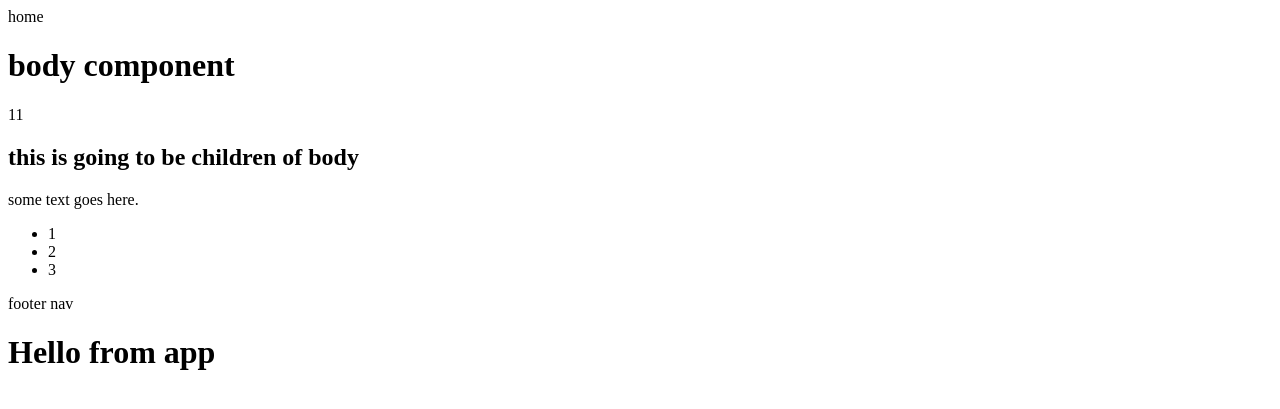
Repository: 1sanjeetsharma/cult-fit-clone
Page: /
These files come from the project's save history. The page is drawn as it stood at one moment and after the next save; the edit follows.
The browser window is 1280 px wide. The pictures show the whole page.
The project was rebuilt for these pictures with package versions that can differ from the ones it lists, and the page was loaded fresh each time. Also part of the build but not shown: vite.config.js.

Above is the page before, as saved 2023-07-01 21:19:43.

After the next save:
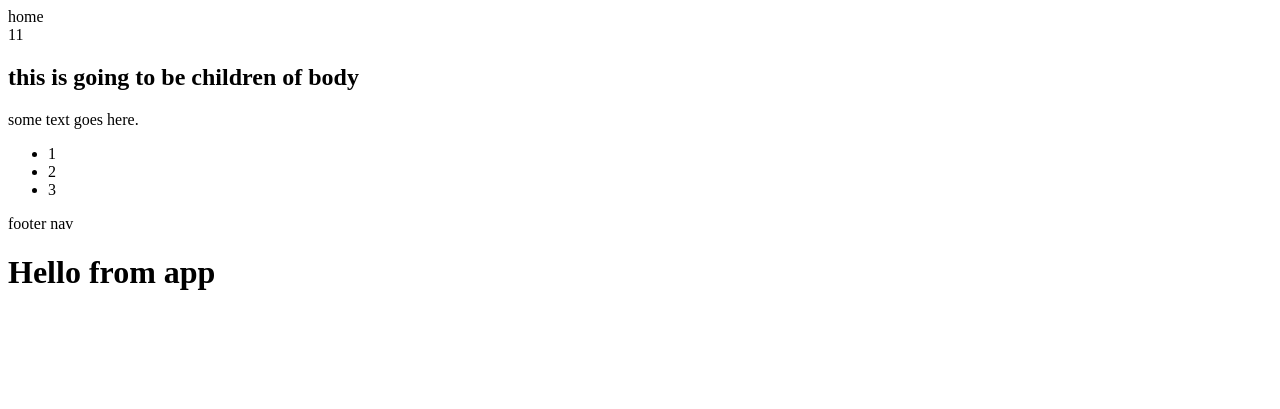
Saved 51 s later.
--- a/src/components/body/body.jsx
+++ b/src/components/body/body.jsx
@@ -2,7 +2,7 @@ const Body = (props) => {
   return (
     <>
       <nav>home</nav>
-      <h1>body component</h1>
+      {/* <h1>body component</h1> */}
       {props.roll}
       {props.children}
       <nav>footer nav</nav>
